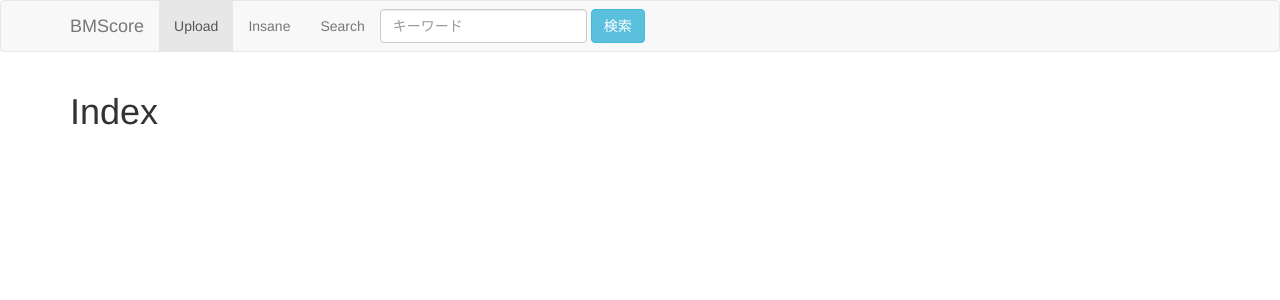
Repository: h1dia/bmscore
Page: index.html
The author's editor kept a record of every edit. The page is drawn from the files as they stood at one moment, then again after the next edit.
The browser window is 1280 px wide. The pictures show the whole page.
Some web libraries are served in a nearby version.

Above is the page before.

### index.html
<!DOCTYPE html>
<html lang="ja">
  <head>
    <meta charset="utf-8">
    <meta http-equiv="X-UA-Compatible" content="IE=edge">
    <meta name="viewport" content="width=device-width, initial-scale=1">
    <!-- The above 3 meta tags *must* come first in the head; any other head content must come *after* these tags -->
    <title>Index</title>

    <!-- Bootstrap -->
    <link href="css/bootstrap.min.css" rel="stylesheet">
    <link href="css/bootstrap.css" rel="stylesheet">

    <!-- HTML5 shim and Respond.js for IE8 support of HTML5 elements and media queries -->
    <!-- WARNING: Respond.js doesn't work if you view the page via file:// -->
    <!--[if lt IE 9]>
      <script src="https://oss.maxcdn.com/html5shiv/3.7.2/html5shiv.min.js"></script>
      <script src="https://oss.maxcdn.com/respond/1.4.2/respond.min.js"></script>
    <![endif]-->

  </head>

  <nav class="navbar navbar-default">
    <div class="container">
        <!-- モバイル表示 -->
        <div class="navbar-header">
            <button type="button" class="navbar-toggle"
            data-toggle="collapse" data-target="#navbar-menu">
                <span class="icon-bar"></span>
                <span class="icon-bar"></span>
                <span class="icon-bar"></span>
            </button>
            <a class="navbar-brand" href="./index.html">BMScore</a>
        </div>

        <!-- ヘッダ情報 -->
        <div class="collapse navbar-collapse" id="navbar-menu">

        <!-- リストの配置 -->
        <ul class="nav navbar-nav">
            <li class="active"><a href="upload.html">Upload</a></li>
            <li><a href="#">Insane</a></li>
        </ul>

        <p class="navbar-text">Search</p>
          <form class="navbar-form">
            <div class="form-group">
               <input type="text" class="form-control" placeholder="キーワード">
            </div>
            <button type="submit" class="btn btn-info">検索</button>
          </form>

        </div>

    </div>
  </nav>

    <!-- jQuery (necessary for Bootstrap's JavaScript plugins) -->
    <script src="//ajax.googleapis.com/ajax/libs/jquery/2.1.3/jquery.min.js"></script>
    <!-- Include all compiled plugins (below), or include individual files as needed -->
    <script src="js/bootstrap.min.js"></script>

    <body>
    <div class=container>

        <h1>Index</h1>

        <p></p>

        <div class="row">
        <p class="alert"></p>
        </div>

        </div>
    </body>
</html>

Loaded but not shown: css/bootstrap.min.css (library); css/bootstrap.css (library); js/bootstrap.min.js (library)

After the next edit:
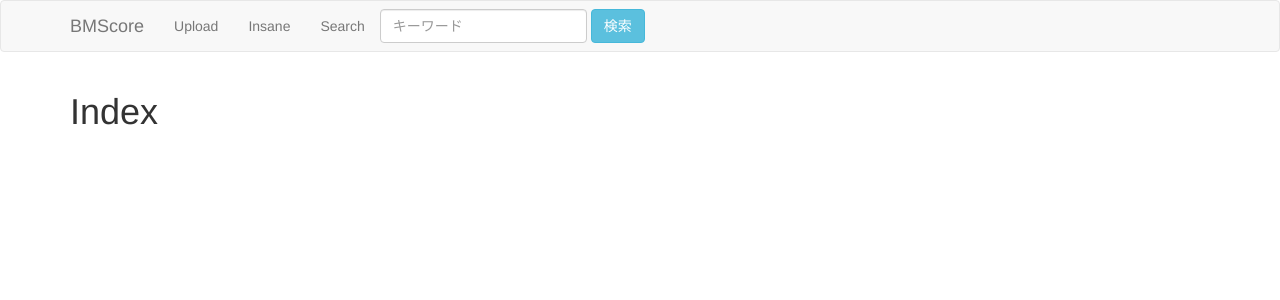
The edit:
--- a/index.html
+++ b/index.html
@@ -38,7 +38,7 @@
 
         <!-- リストの配置 -->
         <ul class="nav navbar-nav">
-            <li class="active"><a href="upload.html">Upload</a></li>
+            <li><a href="upload.html">Upload</a></li>
             <li><a href="#">Insane</a></li>
         </ul>
 
